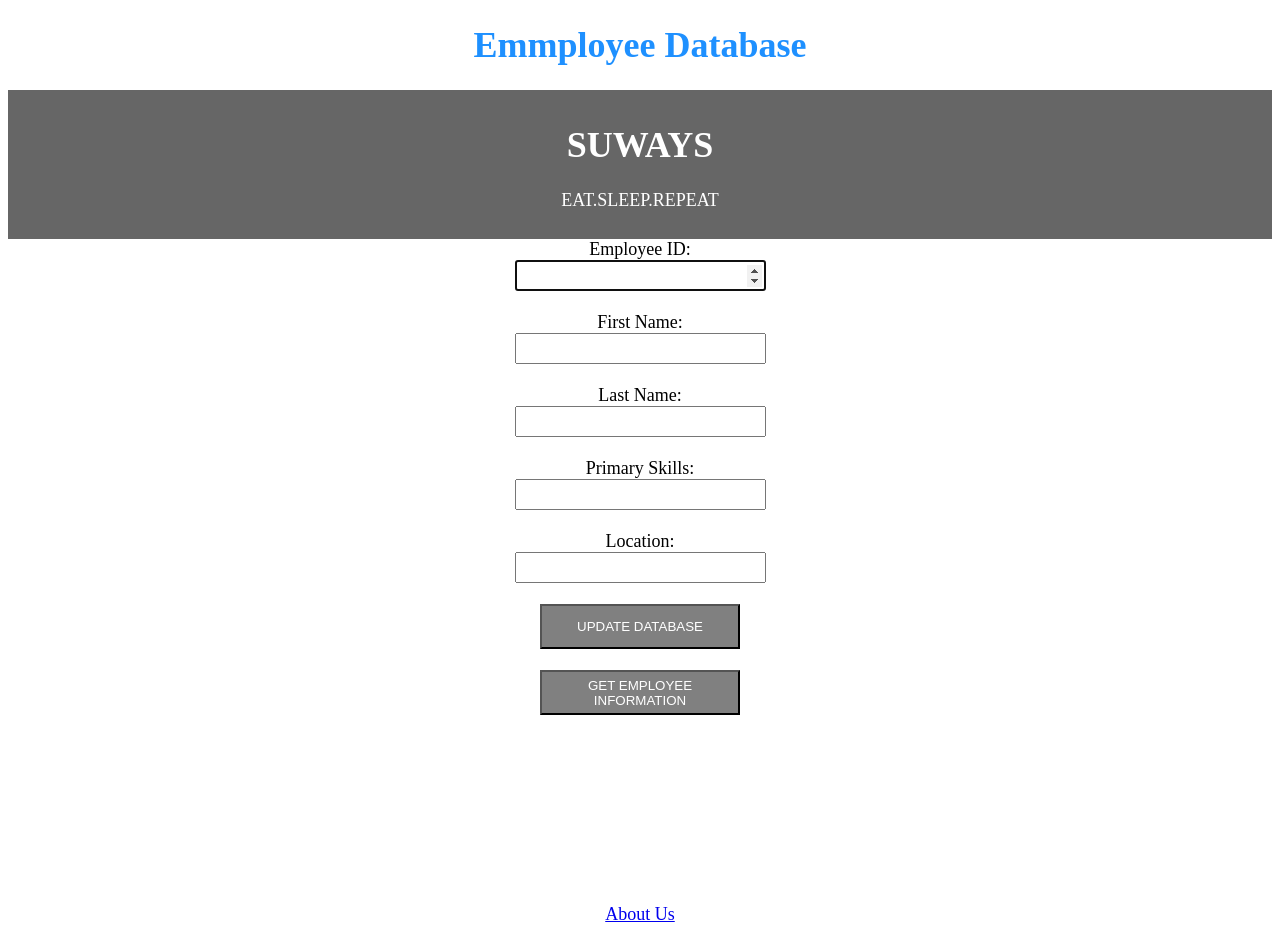
Repository: SushmitaBudhathokii/clo835-final
Page: http://localhost/
The author's editor kept a record of every edit. The page is drawn from the files as they stood at one moment, then again after the next edit.
The browser window is 1280 px wide. The pictures show the whole page.
Backgrounds fixed to the window are drawn as part of the page. The page is served by the project's application, run on Flask 3 (application-code/app.py).

Above is the page before.

### application-code/templates/addemp.html
<!DOCTYPE html>
<html>
<head>
	<title>Add Employee Information</title>
</head>
<center>
	<font color="black" size="4" style="font-family: avenir">

		<h1 style="color: DodgerBlue">Emmployee Database</h1>
	    <body style="background-image: url('{{ background_url}}'); background-size: cover; background-repeat: no-repeat; background-attachment: fixed;">
<header style="background-color: rgba(0,0,0,0.6); color: white; padding: 10px; text-align: center;">
  <h1>{{ group_name }}</h1>
  <p>{{ group_slogan }}</p>
</header>
			<form action="/addemp" autocomplete="on" method = "POST" enctype="multipart/form-data">



		  		Employee ID:<br> <input style="height:25px;font-size:14pt; color:grey;" type="number" name="emp_id" autofocus size="40"><br><br>

		  		First Name:<br> <input style="height:25px;font-size:14pt;color:grey;" type="text" name="first_name" ><br><br>

		  		Last Name:<br> <input style="height:25px;font-size:14pt;color:grey;" type="text" name="last_name"><br><br>

		  		Primary Skills:<br> <input style="height:25px;font-size:14pt;color:grey;" type="text" name="primary_skill"><br><br>

		  		Location:<br> <input style="height:25px;font-size:14pt;color:grey;" type="text" name="location"><br><br>

		  		<button type="submit" style="background: grey; height: 45px; width: 200px; color: white; size: 5; font:oblique;">UPDATE DATABASE</button><br><br>
		  		<button type="submit" formaction="/getemp" style="background: grey; height: 45px; width: 200px; color:white; font:oblique;">GET EMPLOYEE INFORMATION</button><br><br>

			</form>
			<br><br><br><br><br><br><br><br>
            <a href="/about">About Us</a>
		</body>

	</font>
</center>
</html>

### application-code/app.py
from flask import Flask, render_template, request
from pymysql import connections
import os
import argparse
import boto3
import logging

app = Flask(__name__)

# DB Config from environment (Secrets in K8s)
DBHOST = os.environ.get("DBHOST", "mysql-db")
DBUSER = os.environ.get("DBUSER", "root")
DBPWD = os.environ.get("DBPWD", "mypassword123")
DATABASE = os.environ.get("DATABASE", "employees")
DBPORT = int(os.environ.get("DBPORT", 3306))

# Group info from ConfigMap
GROUP_NAME = os.environ.get("GROUP_NAME", "SUWAYS")
GROUP_SLOGAN = os.environ.get("GROUP_SLOGAN", "EAT.SLEEP.REPEAT")

# Background image info from ConfigMap
background_url=os.environ.get("background_url")
BG_BUCKET = os.environ.get("BG_BUCKET")
BG_KEY = os.environ.get("BG_KEY")  # e.g., "background.jpg"

# AWS credentials from Secrets
AWS_ACCESS_KEY_ID = os.environ.get("AWS_ACCESS_KEY_ID")
AWS_SECRET_ACCESS_KEY = os.environ.get("AWS_SECRET_ACCESS_KEY")
AWS_REGION = os.environ.get("AWS_REGION", "us-east-1")

# Static file path
BG_LOCAL_PATH = os.path.join("application-code","static", "background.jpg")

# Logging setup
logging.basicConfig(level=logging.INFO)

# Download background image from private S3
def download_background():
    if not background_url:
        app.logger.warning("Background image S3 details are not set.")
        return
    try:
        s3_client = boto3.client(
            "s3",
            aws_access_key_id=AWS_ACCESS_KEY_ID,
            aws_secret_access_key=AWS_SECRET_ACCESS_KEY,
            region_name=AWS_REGION
        )
        s3_client.download_file(BG_BUCKET, BG_KEY, BG_LOCAL_PATH)
        app.logger.info(f"Background image downloaded from s3://{BG_BUCKET}/{BG_KEY}")
    except Exception as e:
        app.logger.error(f"Failed to download background image: {e}")

# # MySQL Connection
db_conn = connections.Connection(
    host=DBHOST,
    port=DBPORT,
    user=DBUSER,
    password=DBPWD,
    db=DATABASE,
    charset='utf8mb4'
)

# MySQL Connection - Make it optional for local testing
# db_conn = None
# try:
#     db_conn = connections.Connection(
#         host=DBHOST,
#         port=DBPORT,
#         user=DBUSER,
#         password=DBPWD,
#         db=DATABASE
#     )
#     app.logger.info("Successfully connected to MySQL database")
# except Exception as e:
#     app.logger.warning(f"Could not connect to MySQL database: {e}")
#     app.logger.warning("Running in local test mode without database")

@app.route("/", methods=['GET', 'POST'])
def home():
    return render_template('addemp.html', group_name=GROUP_NAME, group_slogan=GROUP_SLOGAN)

@app.route("/about", methods=['GET','POST'])
def about():
    return render_template('about.html', group_name=GROUP_NAME, group_slogan=GROUP_SLOGAN)

@app.route("/addemp", methods=['POST'])
def AddEmp():
    emp_id = request.form['emp_id']
    first_name = request.form['first_name']
    last_name = request.form['last_name']
    primary_skill = request.form['primary_skill']
    location = request.form['location']

    insert_sql = "INSERT INTO employee VALUES (%s, %s, %s, %s, %s)"
    cursor = db_conn.cursor()
    try:
        cursor.execute(insert_sql, (emp_id, first_name, last_name, primary_skill, location))
        db_conn.commit()
        emp_name = f"{first_name} {last_name}"
    finally:
        cursor.close()

    return render_template('addempoutput.html', name=emp_name, group_name=GROUP_NAME, group_slogan=GROUP_SLOGAN)

@app.route("/getemp", methods=['GET', 'POST'])
def GetEmp():
    return render_template("getemp.html", group_name=GROUP_NAME, group_slogan=GROUP_SLOGAN)

@app.route("/fetchdata", methods=['GET','POST'])
def FetchData():
    emp_id = request.form['emp_id']
    output = {}
    select_sql = "SELECT emp_id, first_name, last_name, primary_skill, location FROM employee WHERE emp_id=%s"
    cursor = db_conn.cursor()

    try:
        cursor.execute(select_sql, (emp_id,))
        result = cursor.fetchone()
        if result:
            output["emp_id"], output["first_name"], output["last_name"], output["primary_skills"], output["location"] = result
        else:
            return f"No employee found with ID {emp_id}"
    except Exception as e:
        app.logger.error(e)
    finally:
        cursor.close()

    return render_template(
        "getempoutput.html",
        id=output["emp_id"],
        fname=output["first_name"],
        lname=output["last_name"],
        interest=output["primary_skills"],
        location=output["location"],
        group_name=GROUP_NAME,
        group_slogan=GROUP_SLOGAN
    )

if __name__ == '__main__':
    parser = argparse.ArgumentParser()
    parser.add_argument('--port', required=False, type=int, default=81)
    args = parser.parse_args()

    download_background()
    app.run(host='0.0.0.0', port=args.port, debug=True)

After the next edit:
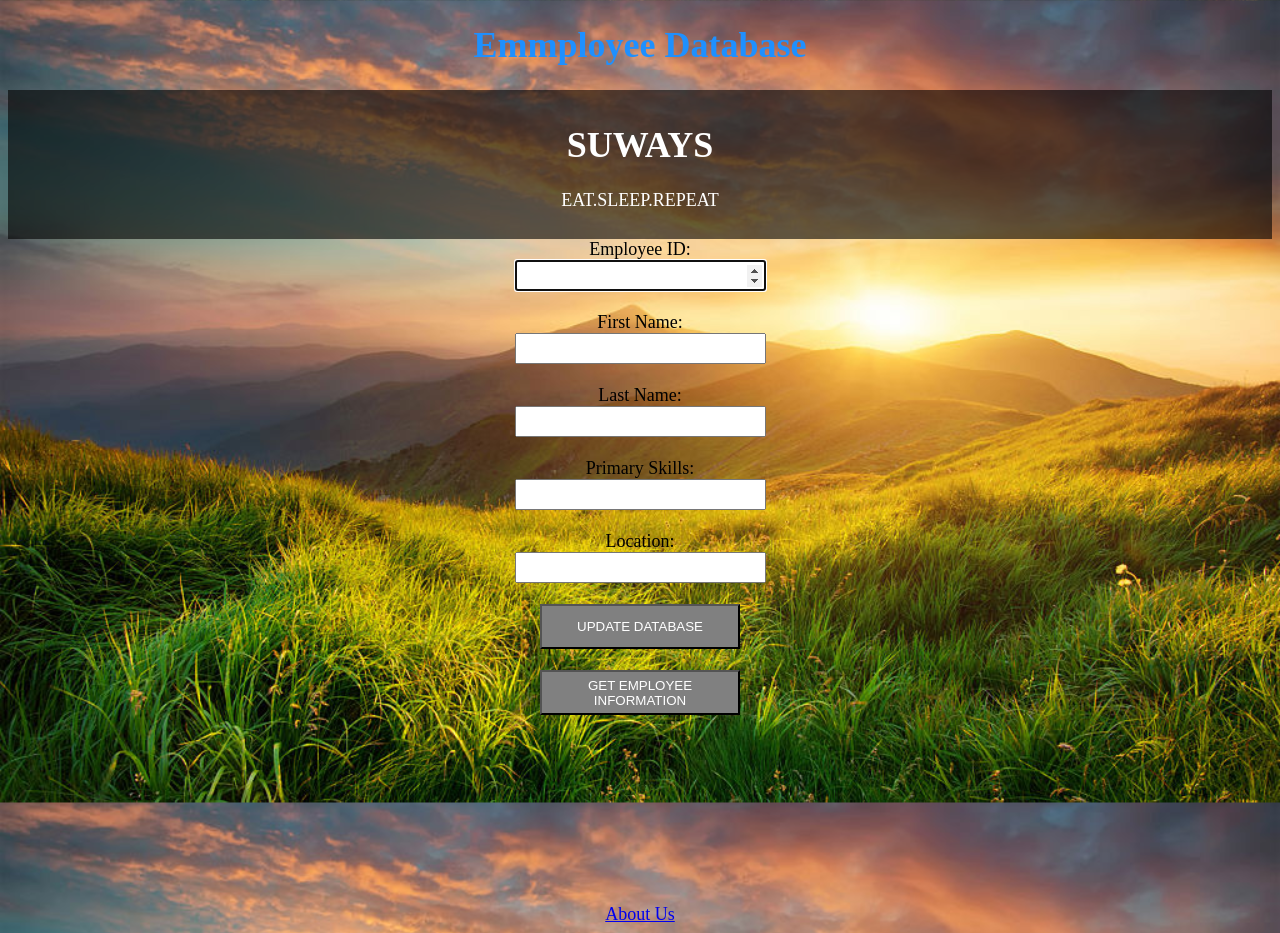
The edit:
--- a/application-code/app.py
+++ b/application-code/app.py
@@ -78,7 +78,7 @@
 
 @app.route("/", methods=['GET', 'POST'])
 def home():
-    return render_template('addemp.html', group_name=GROUP_NAME, group_slogan=GROUP_SLOGAN)
+    return render_template('addemp.html', group_name=GROUP_NAME, group_slogan=GROUP_SLOGAN, background_url="/static/background.jpg")
 
 @app.route("/about", methods=['GET','POST'])
 def about():
